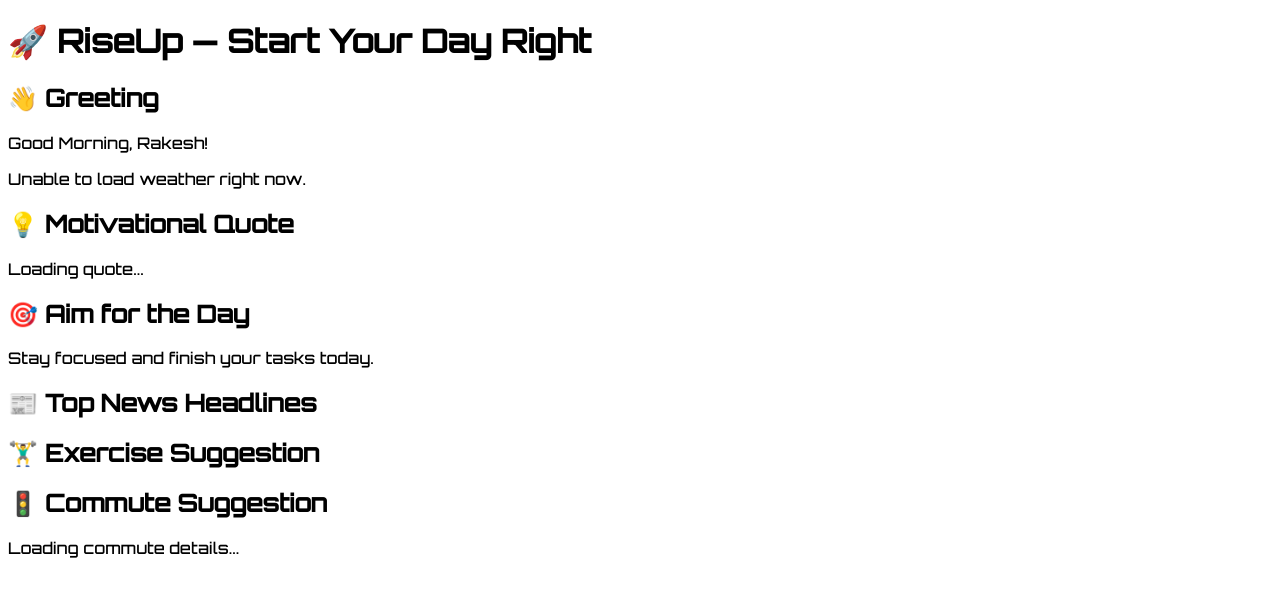
Repository: rakeshkumar1012/riseup
Page: /
The author's editor kept a copy of each file at every save. The page is drawn from the files as they stood at one save, then again after the next save.
The browser window is 1280 px wide. The pictures show the whole page.
The page's requests for data from a server got no answer. The project was rebuilt for these pictures with package versions that can differ from the ones it lists, and the page was loaded fresh each time. No one was signed in, and anything a server would have sent is missing.

Above is the page before, as saved 2025-07-05 03:57:06.

After the next save:
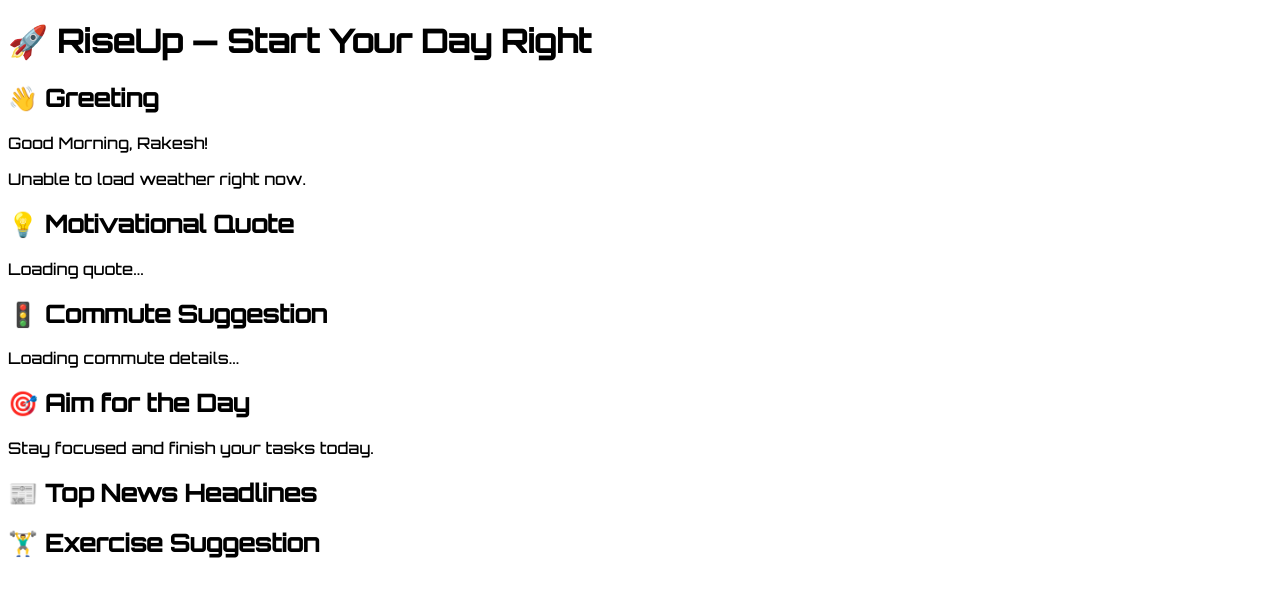
Saved 46 s later.
--- a/src/App.js
+++ b/src/App.js
@@ -27,6 +27,7 @@ function App() {
         <Section title="💡 Motivational Quote" gradient="from-yellow-400 to-orange-500">
           <Quote />
         </Section>
+        <Commute />
 
         {/* Daily Task */}
         <Section title="🎯 Aim for the Day" gradient="from-green-400 to-lime-500">
@@ -46,8 +47,7 @@ function App() {
 
         </Section>
 
-        {/* Commute */}
-         <Commute />
+
       </div>
     </div>
   );
